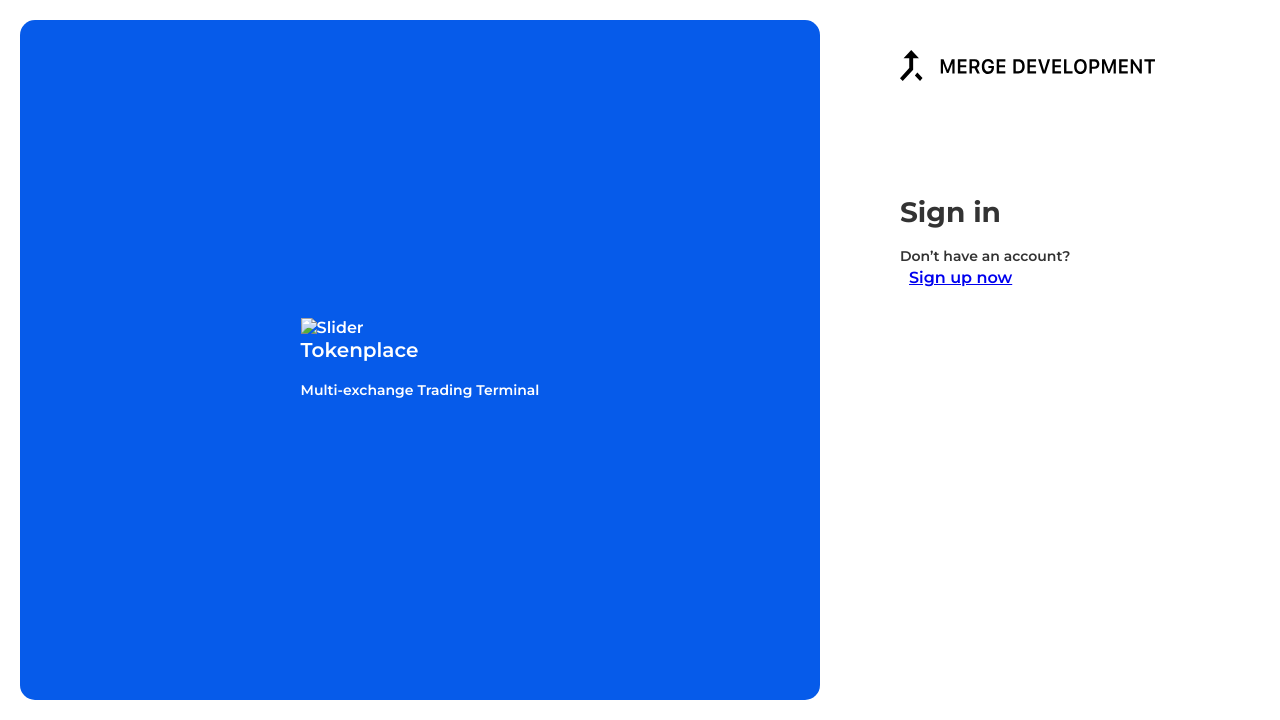
Repository: 13RedFox/form-project
Page: /
These files come from the project's save history. The page is drawn as it stood at one moment and after the next save; the edit follows.
The browser window is 1280 px wide. The pictures show the whole page.
The project was rebuilt for these pictures with package versions that can differ from the ones it lists, and the page was loaded fresh each time.

Above is the page before, as saved 2021-08-04 18:05:12.

### public/index.html
<!DOCTYPE html>
<html lang="en">

<head>
  <meta charset="utf-8" />
  <link rel="icon" href="%PUBLIC_URL%/favicon.ico" />
  <meta name="viewport" content="width=device-width, initial-scale=1" />
  <meta name="theme-color" content="#000000" />
  <meta name="description" content="Web site created using create-react-app" />
  <link rel="apple-touch-icon" href="%PUBLIC_URL%/logo192.png" />
  <link rel="manifest" href="%PUBLIC_URL%/manifest.json" />

  <title>Form Project</title>
  <link rel="preconnect" href="https://fonts.googleapis.com">
  <link rel="preconnect" href="https://fonts.gstatic.com" crossorigin>
  <link href="https://fonts.googleapis.com/css2?family=Montserrat:wght@600;700&display=swap" rel="stylesheet">
</head>

<body>
  <noscript>You need to enable JavaScript to run this app.</noscript>
  <div id="root"></div>
</body>

</html>

### src/index.js
import React from 'react';
import ReactDOM from 'react-dom';
import './index.scss';
import App from './components/App/App';

ReactDOM.render(
  <React.StrictMode>
    <App />
  </React.StrictMode>,
  document.getElementById('root')
);

### src/index.scss
* {
  margin: 0;
  padding: 0;
  box-sizing: border-box;
  font-family: 'Montserrat', -apple-system, BlinkMacSystemFont, 'Segoe UI', 'Roboto', 'Oxygen',
    'Ubuntu', 'Cantarell', 'Fira Sans', 'Droid Sans', 'Helvetica Neue', sans-serif;
  -webkit-font-smoothing: antialiased;
  -moz-osx-font-smoothing: grayscale;
}

### src/components/App/App.jsx
import React from 'react';
import Form from '../Form/Form';
import Slider from '../Slider/Slider';

import styles from './App.module.scss';

function App() {
  return (
    <div className={styles.wrapper}>
      <Slider />
      <Form />
    </div>
  );
}

export default App;

### src/components/Form/Form.jsx
import styles from './Form.module.scss';
import { ReactComponent as LogoIcon } from '../../assets/logo.svg';

const Form = () => {
  return (
    <div className={styles.form}>
      <LogoIcon className={styles.icon} />
      <form action="#">
        <h1 className={styles.title}>Sign in</h1>
        <div className={styles.inner}>
          <p className={styles.text}>Don’t have an account?</p>
          <a href="#" className={styles.signUp}>
            Sign up now
          </a>
        </div>
      </form>
    </div>
  );
};

export default Form;

### src/components/Slider/Slider.jsx
import styles from './Slider.module.scss';

const Slider = () => {
  return (
    <div className={styles.slider}>
      <div className={styles.card}>
        <div className={styles.wrapperImg}>
          <img src="#" alt="Slider" />
        </div>
        <h2 className={styles.title}>Tokenplace</h2>
        <p className={styles.description}>Multi-exchange Trading Terminal</p>
      </div>
    </div>
  );
};

export default Slider;

### src/components/App/App.module.scss
.wrapper {
  max-width: 1440px;
  height: 100vh;
  display: flex;
  background-color: #fff;
  padding: 20px;
  margin: 0 auto;
}

### src/components/Form/Form.module.scss
.form {
  padding-top: 30px;
  color: #333333;
}

.icon {
  margin-bottom: 110px;
}

.title {
  font-weight: bold;
  font-size: 28px;
  line-height: 34px;
  margin-bottom: 15px;
}

.text {
  display: block;
  font-weight: 600;
  font-size: 14px;
  line-height: 24px;
}

.signUp {
  display: block;
  margin-left: 9px;
}

### src/components/Slider/Slider.module.scss
.slider {
  width: 800px;
  height: 100%;
  background: #065bea;
  border-radius: 15px;
  display: flex;
  justify-content: center;
  align-items: center;
  color: #fff;
  margin-right: 80px;
}

.title {
  font-weight: 600;
  font-size: 20px;
  line-height: 26px;
  margin-bottom: 15px;
}

.description {
  font-weight: 600;
  font-size: 14px;
  line-height: 24px;
}

After the next save:
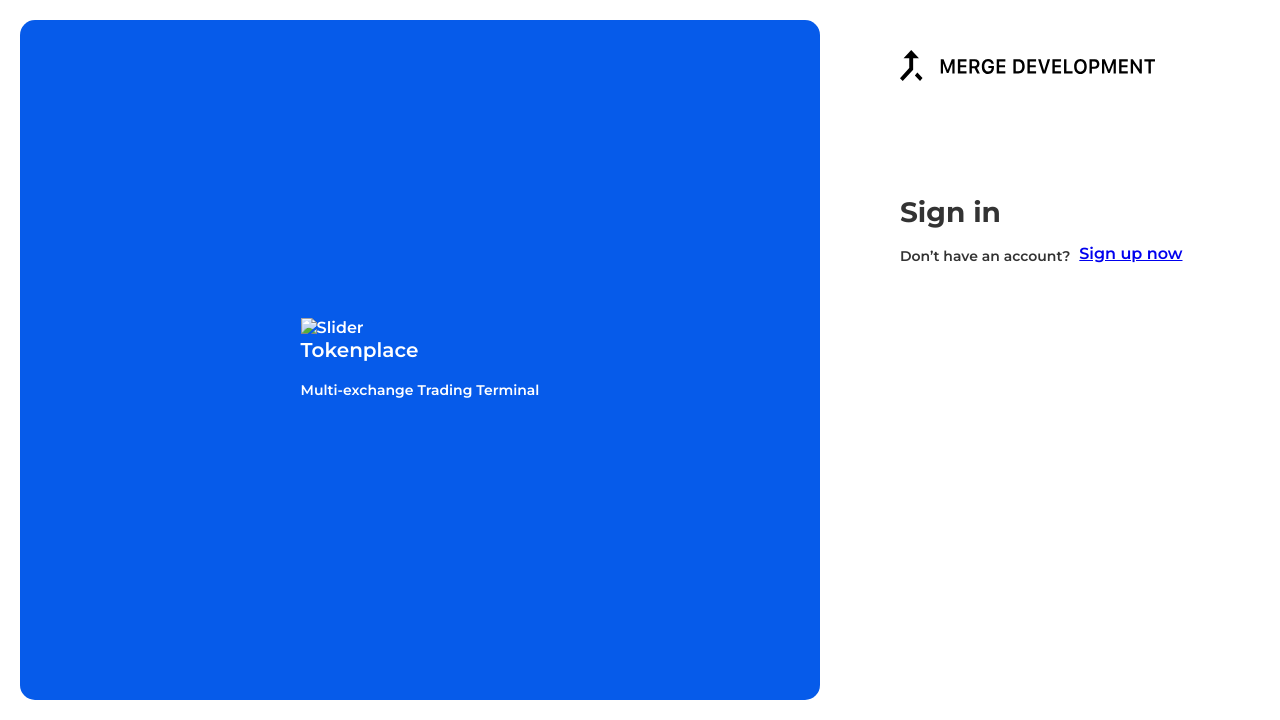
Saved 13 s later.
--- a/src/components/Form/Form.module.scss
+++ b/src/components/Form/Form.module.scss
@@ -14,6 +14,10 @@
   margin-bottom: 15px;
 }
 
+.inner {
+  display: flex;
+}
+
 .text {
   display: block;
   font-weight: 600;
